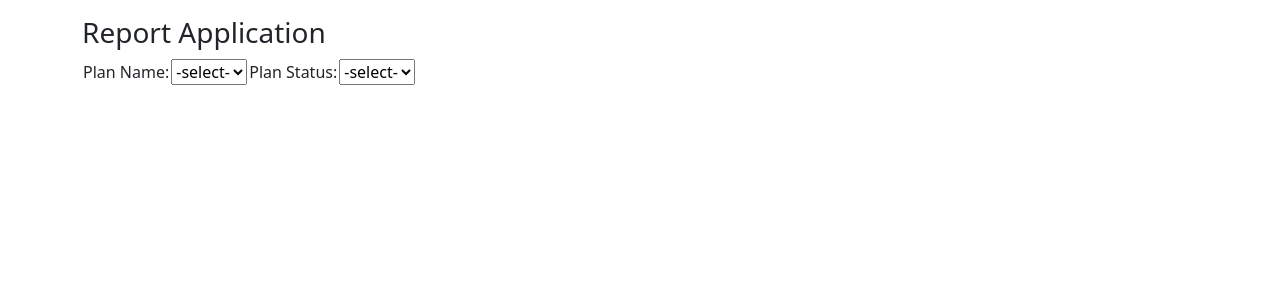
Repository: dubeygaurav52/SpringBoot_Microservices_Concepts
Page: http://localhost/01_Report_App/pages/index.jsp
An editor plug-in stored every save of this project. The page is shown before and after the next save, followed by the edit.
The browser window is 1280 px wide. The pictures show the whole page.
The page is served by Tomcat 9. Other server files are loaded and not shown.

Above is the page before, as saved 2025-05-01 14:21:58.

### 01_Report_App/src/main/webapp/pages/index.jsp
<%@ page language="java" contentType="text/html; charset=UTF-8"
    pageEncoding="UTF-8"%>
<!DOCTYPE html>

<%@ taglib uri="http://www.springframework.org/tags" prefix="form" %>

<html>
<head>
 <meta charset="utf-8">
    <meta name="viewport" content="width=device-width, initial-scale=1">
    <title>Reports App</title>
    <link href="https://cdn.jsdelivr.net/npm/bootstrap@5.3.5/dist/css/bootstrap.min.css" rel="stylesheet" integrity="sha384-SgOJa3DmI69IUzQ2PVdRZhwQ+dy64/BUtbMJw1MZ8t5HZApcHrRKUc4W0kG879m7" crossorigin="anonymous">
</head>
<body>
<div class="container">
<h3 class="pd-3 pt-3">Report Application</h3>
<!-- <button class="btn btn-primary">Submit</button> -->

<form action="" modelAttribute="search" method="POST">

<table>
<tr>
<td>Plan Name:</td>
<td>
<select path="planName">
<option value="">-select-</option>
</select>
</td>
<td>Plan Status:</td>
<td>
<select path="planStatus">
<option value="">-select-</option>
</select>
</td>
</tr>
</table>

</form>

</div>



<script src="https://cdn.jsdelivr.net/npm/bootstrap@5.3.5/dist/js/bootstrap.bundle.min.js"
integrity="sha384-k6d4wzSIapyDyv1kpU366/PK5hCdSbCRGRCMv+eplOQJWyd1fbcAu9OCUj5zNLiq"
 crossorigin="anonymous"></script>

</body>
</html>

After the next save:
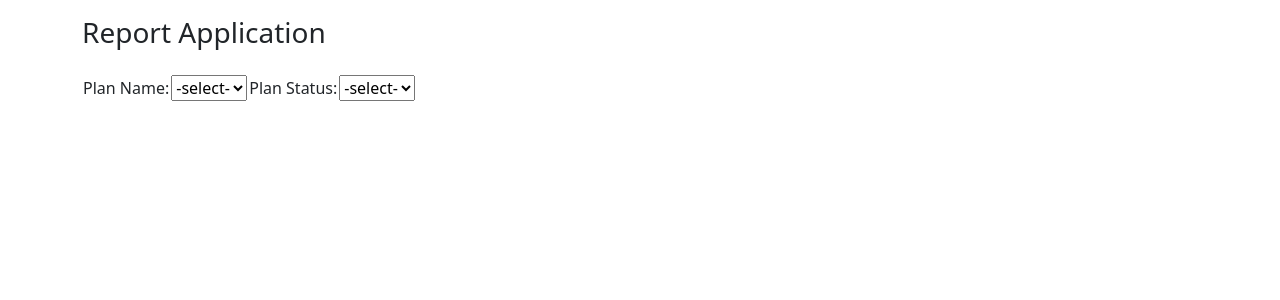
Saved 20 s later.
--- a/01_Report_App/src/main/webapp/pages/index.jsp
+++ b/01_Report_App/src/main/webapp/pages/index.jsp
@@ -13,7 +13,7 @@
 </head>
 <body>
 <div class="container">
-<h3 class="pd-3 pt-3">Report Application</h3>
+<h3 class="pb-3 pt-3">Report Application</h3>
 <!-- <button class="btn btn-primary">Submit</button> -->
 
 <form action="" modelAttribute="search" method="POST">
